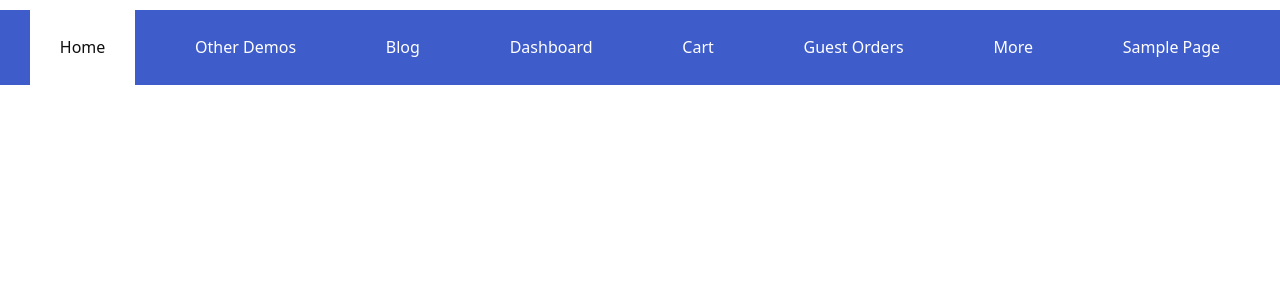
Repository: lannguyen1301/f8-zoom-day-4
Page: menu.html
These files come from the project's save history. The page is drawn as it stood at one moment and after a run of saves; the edit follows.
The browser window is 1280 px wide. The pictures show the whole page.

Above is the page before, as saved 2025-04-18 01:40:38.

### menu.html
<!DOCTYPE html>
<html lang="en">

<head>
    <meta charset="UTF-8">
    <meta name="viewport" content="width=device-width, initial-scale=1.0">
    <title>Menu</title>
    <link rel="stylesheet" href="./assets/css/reset.css">
    <link rel="stylesheet" href="./assets/css/navbar-style.css">
</head>

<body>
    <nav class="navbar">
        <ul class="navbar-list">
            <li class="navbar-item active">
                <a href="!#" class="nabar-link">Home</a>
            </li>
            <li class="navbar-item">
                <a href="!#" class="nabar-link">Other Demos</a>
            </li>
            <li class="navbar-item">
                <a href="!#" class="nabar-link">Blog</a>
            </li>
            <li class="navbar-item">
                <a href="!#" class="nabar-link">Dashboard</a>
            </li>
            <li class="navbar-item">
                <a href="!#" class="nabar-link">Cart</a>
            </li>
            <li class="navbar-item">
                <a href="!#" class="nabar-link">Guest Orders</a>
            </li>
            <li class="navbar-item">
                <a href="!#" class="nabar-link">More</a>
            </li>
            <li class="navbar-item">
                <a href="!#" class="nabar-link">Sample Page</a>
            </li>
        </ul>
    </nav>
</body>

</html>

### assets/css/navbar-style.css
* {
    box-sizing: border-box;
}

body {
    margin: 0 auto;
    /* padding-top: 10px; */
    font-size: 16px;
    font-family: system-ui, "Segoe UI", Roboto, Helvetica, Arial, sans-serif,
        "Apple Color Emoji", "Segoe UI Emoji", "Segoe UI Symbol";
    background-color: #ffffff;
}

a {
    text-decoration: none;
}

nav {
    margin-top: 10px;
    /* padding-top: 10px; */
    height: 75px;
    background-color: #3e5cca;
}

/* ul.navbar-list {
    display: flex;
    align-items: center;
    justify-content: space-evenly;
} */

ul.navbar-list {
    display: flex;
    align-items: center;
    justify-content: space-evenly;
}

.navbar-item {
    /* height: 75px; */
}

.nabar-link {
    line-height: 75px;
    color: #fff;
    font-weight: 500;
    padding: 0 30px;
}

.active,
.navbar-item:hover {
    background-color: #fff;
}

.navbar-item:hover > a,
.active > a {
    color: #0f0f0f;
}

Loaded but not shown: assets/css/reset.css (common file)

After the next 2 saves:
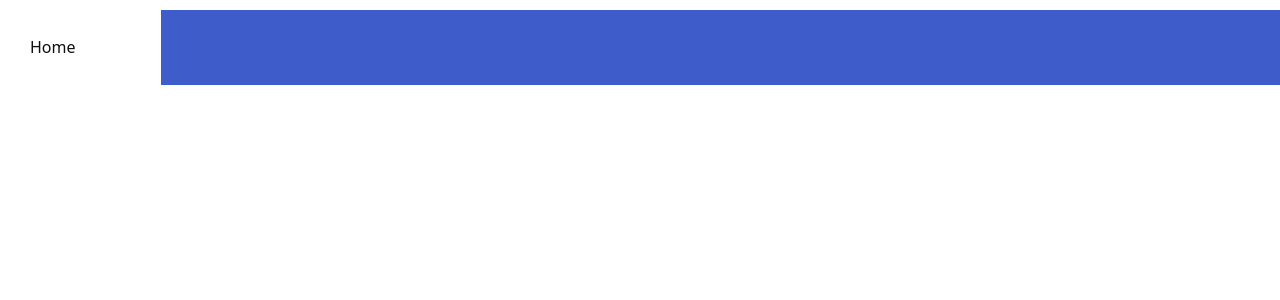
The 2 saves are shown as one change because they came seconds apart.
The last was saved 7 s later.
--- a/assets/css/navbar-style.css
+++ b/assets/css/navbar-style.css
@@ -29,7 +29,7 @@ nav {
 } */
 
 ul.navbar-list {
-    display: flex;
+    display: inline-block;
     align-items: center;
     justify-content: space-evenly;
 }
